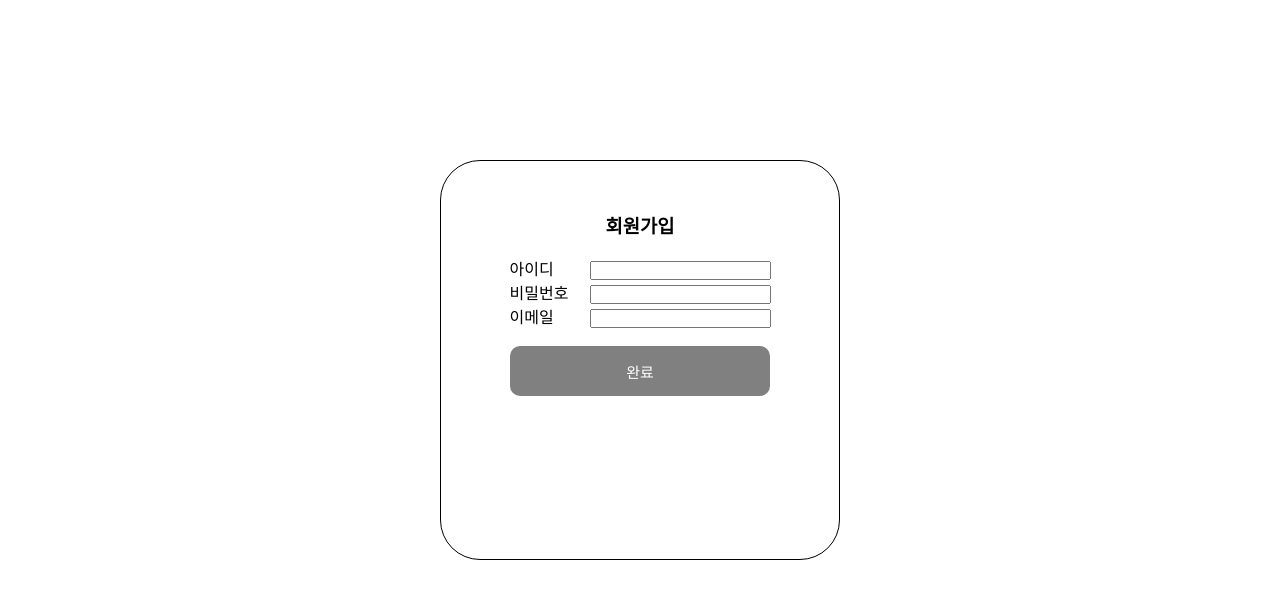
Repository: KGH1125/jsp_project
Page: http://localhost/jsp_project4/member/join.jsp
An editor plug-in stored every save of this project. The page is shown before and after the next save, followed by the edit.
The browser window is 1280 px wide. The pictures show the whole page.
The page is served by Tomcat 9.

Above is the page before, as saved 2023-05-30 03:14:21.

After the next save:
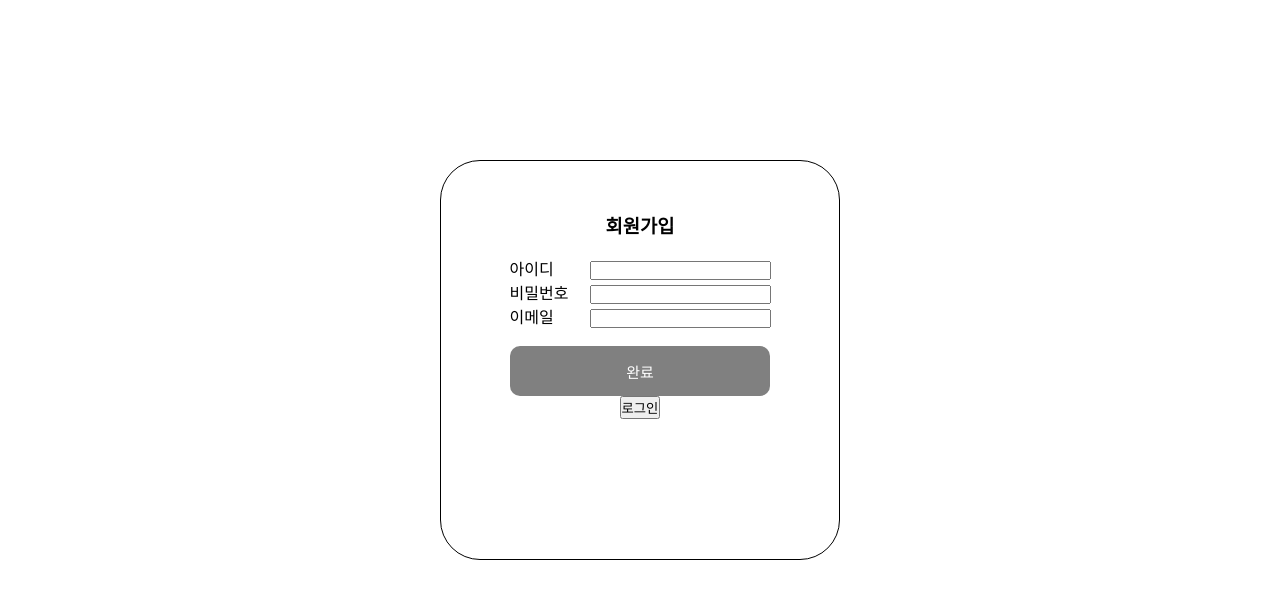
Saved 2 min 10 s later.
--- a/jsp_project4/jsp_project4/src/main/webapp/member/join.jsp
+++ b/jsp_project4/jsp_project4/src/main/webapp/member/join.jsp
@@ -40,7 +40,12 @@
 	border: none;
 	border-radius: 10px
 }
+
 .joinbtn:hover {
+	cursor: pointer;
+}
+
+.loginbtn:hover {
 	cursor: pointer;
 }
 </style>
@@ -48,13 +53,15 @@
 <body>
 	<div class="mainbox">
 		<form action="/mem/join" method="post">
-			<h3>회원가입</h3><br>
-			<span class="tspan">아이디</span><input type="text" name="id"><br>
+			<h3>회원가입</h3>
+			<br> <span class="tspan">아이디</span><input type="text" name="id"><br>
 			<span class="tspan">비밀번호</span><input type="password" name="password"><br>
 			<span class="tspan">이메일</span><input type="email" name="eamil"><br>
 			<br>
 			<button class="joinbtn" type="submit">완료</button>
 		</form>
+		<a href="/"><button class="loginbtn">로그인</button></a>
+
 
 	</div>
 </body>
